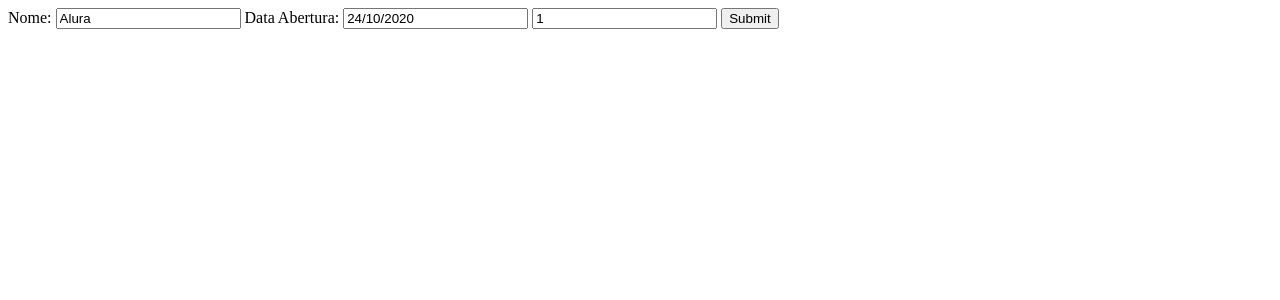
Repository: douglascogubum/servlet
Page: http://localhost/gerenciador/mostraEmpresa?id=1
An editor plug-in stored every save of this project. The page is shown before and after the next save, followed by the edit.
The browser window is 1280 px wide. The pictures show the whole page.
The page is served by Tomcat 9.

Above is the page before, as saved 2020-11-16 02:40:21.

After the next save:
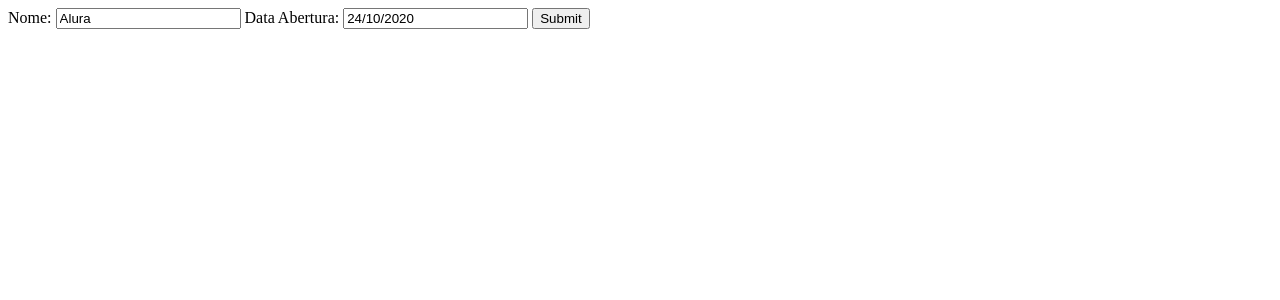
Saved 2 min 4 s later.
--- a/gerenciador/WebContent/formAlteraEmpresa.jsp
+++ b/gerenciador/WebContent/formAlteraEmpresa.jsp
@@ -13,7 +13,7 @@
 		Nome: <input type="text" name="nome" value="${empresa.nome }" />
 		Data Abertura: <input type="text" name="data" value="<fmt:formatDate
 					value="${empresa.dataAbertura }" pattern="dd/MM/yyyy" />"/>
-		<input type="text" name="id" value="${empresa.id }" />
+		<input type="hidden" name="id" value="${empresa.id }" />
 		<input type="submit" />
 	</form>
 </body>
